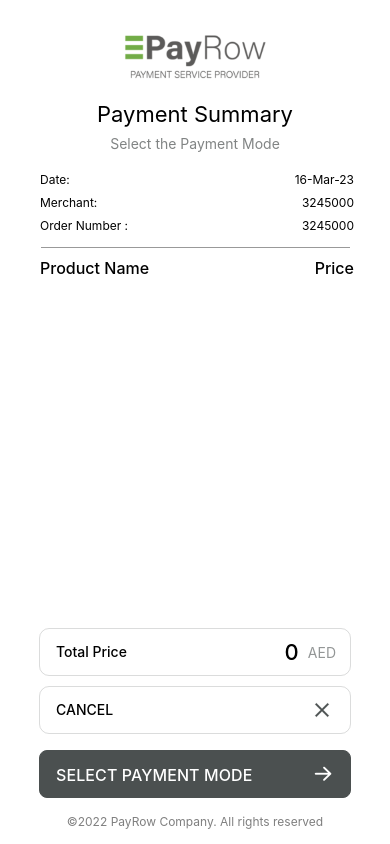
Repository: rishabh-critical-river/payrowios
Screen: /paymentSummary
These files come from the project's save history. The screen is drawn as it stood at one moment and after the next save; the edit follows.
The app was drawn by React Native's web renderer in a window 390 px wide. The project was rebuilt for these pictures with package versions that can differ from the ones it lists, and the page was loaded fresh each time. Also part of the build but not shown: screens/onboarding/CreateAccount.js, screens/home/HomeScreen.tsx, screens/home/HomeComponents/TapToPay.tsx, screens/home/HomeComponents/AddItem.js, screens/home/HomeComponents/TapCard.tsx, screens/home/HomeComponents/EnterPin.tsx, screens/home/HomeComponents/Confirmation.tsx, screens/home/HomeComponents/NewPayment.tsx and 37 more.

Above is the screen before, as saved 2023-07-27 05:03:38.

After the next save:
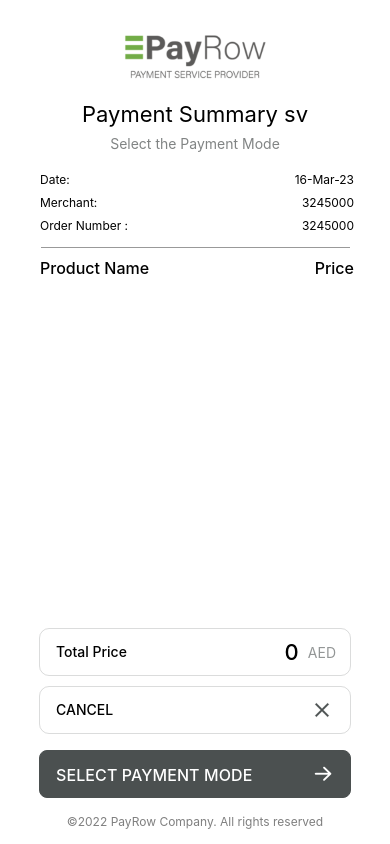
Saved 3 min 1 s later.
--- a/screens/home/HomeComponents/PaymentSummary.js
+++ b/screens/home/HomeComponents/PaymentSummary.js
@@ -55,7 +55,7 @@
               marginTop: 20,
             }}
           >
-            Payment Summary
+            Payment Summary sv
           </Text>
           <Text
             style={{ textAlign: "center", marginTop: 8, color: "#4B5050B2" }}

After the save that followed:
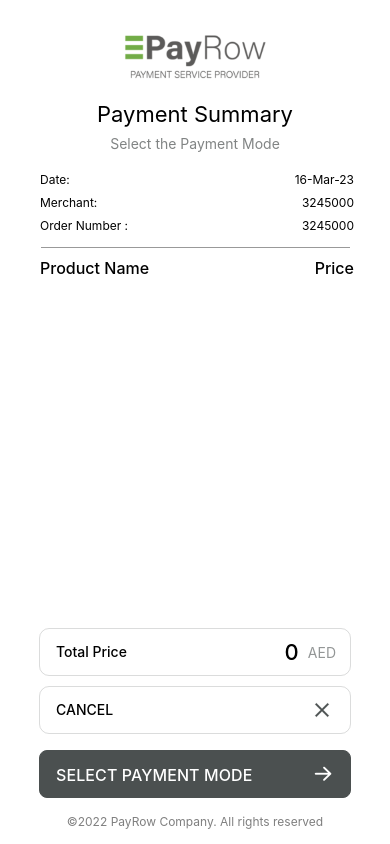
Saved 15 s later.
--- a/screens/home/HomeComponents/PaymentSummary.js
+++ b/screens/home/HomeComponents/PaymentSummary.js
@@ -55,7 +55,7 @@
               marginTop: 20,
             }}
           >
-            Payment Summary sv
+            Payment Summary
           </Text>
           <Text
             style={{ textAlign: "center", marginTop: 8, color: "#4B5050B2" }}
